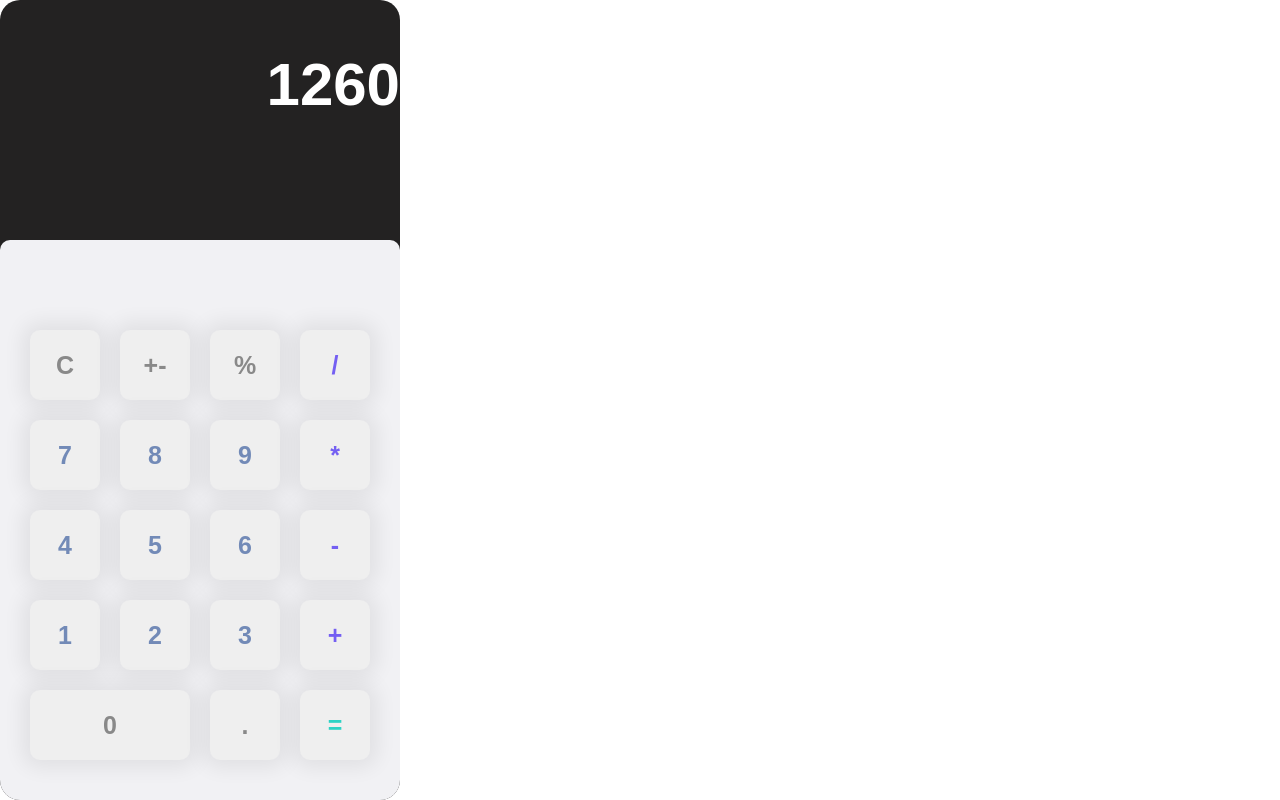
Repository: BrunoBross/calculator
Page: index.html
The author's editor kept a copy of each file at every save. The page is drawn from the files as they stood at one save, then again after a run of saves.
The browser window is 1280 px wide. The pictures show the whole page.

Above is the page before, as saved 2021-11-30 23:17:14.

### index.html
<!DOCTYPE html>
<html lang="en">
<head>
  <meta charset="UTF-8">
  <meta http-equiv="X-UA-Compatible" content="IE=edge">
  <meta name="viewport" content="width=device-width, initial-scale=1.0">
  <title>Calculator</title>
  <link rel="stylesheet" href="./style.css">
</head>
<body>
  <main>
    <div class="calculator">
      <div class="view">
        <span>1260</span>
      </div>
      <div class="buttons">
        <button class="extra" id="reset">C</button>
        <button class="extra" id="moreless">+-</button>
        <button class="extra" id="percent">%</button>
        <button class="operator" id="division">/</button>
        <button class="number" id="seven">7</button>
        <button class="number" id="eight">8</button>
        <button class="number" id="nine">9</button>
        <button class="operator" id="multiply">*</button>
        <button class="number" id="four">4</button>
        <button class="number" id="five">5</button>
        <button class="number" id="six">6</button>
        <button class="operator" id="less">-</button>
        <button class="number" id="one">1</button>
        <button class="number" id="two">2</button>
        <button class="number" id="three">3</button>
        <button class="operator" id="plus">+</button>
        <button class="extra" id="zero">0</button>
        <button class="extra" id="dot">.</button>
        <button class="equals" id="equals">=</button>
      </div>
    </div>

    <div class="small-square"></div>
    <div class="square"></div>
    <div class="small-circle"></div>
    <div class="circle"></div>
  </main>
</body>
<script src="./script.js"></script>
</html>

### style.css
*{
  padding: 0;
  margin: 0;
  font-family: Arial, Helvetica, sans-serif
}

.calculator{
  background-color: #232222;
  display: flex;
  flex-direction: column;
  width: 400px;
  height: 800px;
  border-radius: 20px;
}

.view{
  display: flex;
  flex-direction: row-reverse;
  height: 200px;
}

.view > span{
  color: #FFF;
  font-size: 60px;
  font-weight: bold;
  margin-top: 50px;
}

.buttons{
  margin-top: 55px;
  padding-top: 90px;
  padding-bottom: 40px;
  background-color: #F1F1F4;
  display: flex;
  justify-content: center;
  flex-wrap: wrap;
  gap: 20px;
  border-radius: 10px 10px 20px 20px;
}

.buttons > button{
  box-shadow: 0 0 20px 8px #00000011;
  border: none;
  height: 70px;
  width: 70px;
  border-radius: 10px;
  cursor: pointer;
  transition: 0.3s;
  font-size: 25px;
  font-weight: bold;
}

.buttons > button:hover{
  filter: brightness(0.7);
}

#zero{
  width: 160px;
}

.number{
  color: #728AB7;

}

.operator{
  color: #745FF2;

}

.equals{
  color: #2DD3C5;

}

.extra{
  color: #898989;
}

Loaded but not shown: script.js (no copy from this time; the picture is the same without it)

After the next 2 saves:
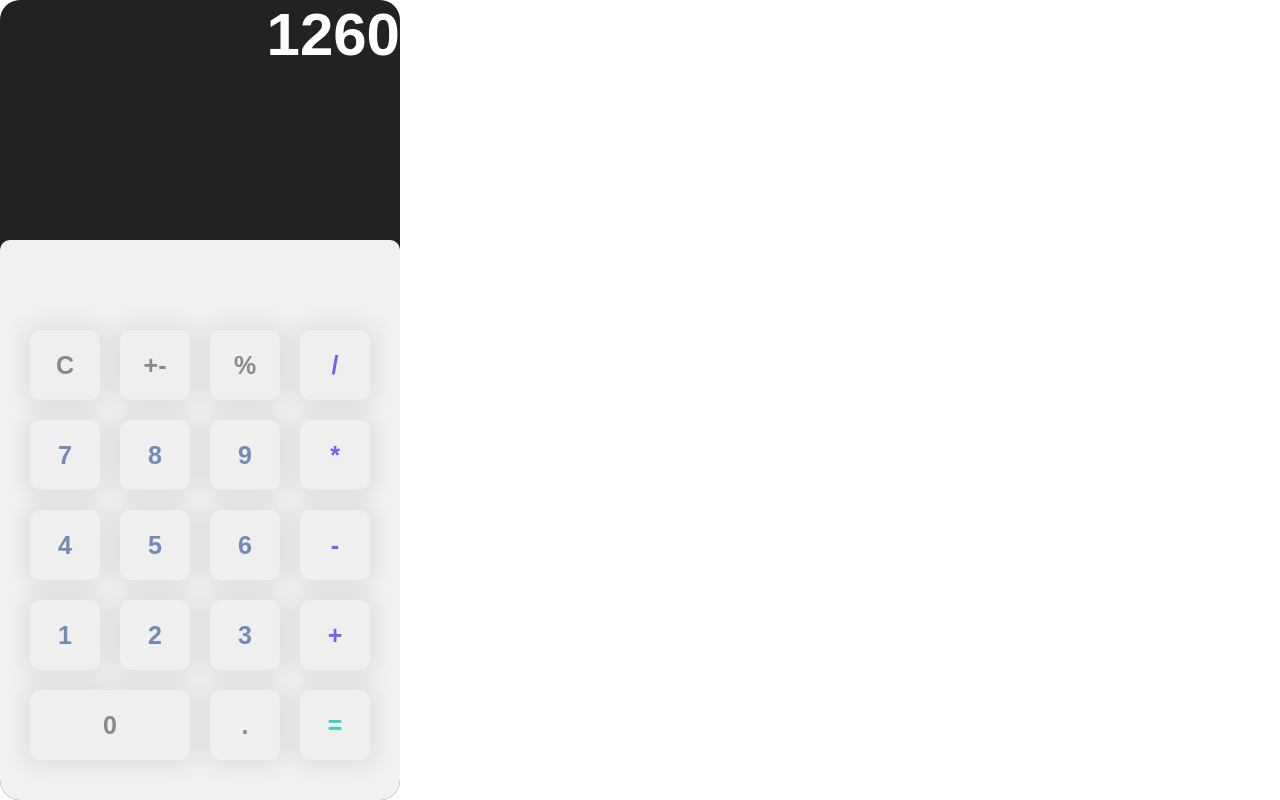
The 2 saves are shown as one change because they came seconds apart.
The last was saved 8 s later.
--- a/style.css
+++ b/style.css
@@ -23,7 +23,7 @@
   color: #FFF;
   font-size: 60px;
   font-weight: bold;
-  margin-top: 50px;
+  margin-bottom: 0;
 }
 
 .buttons{
